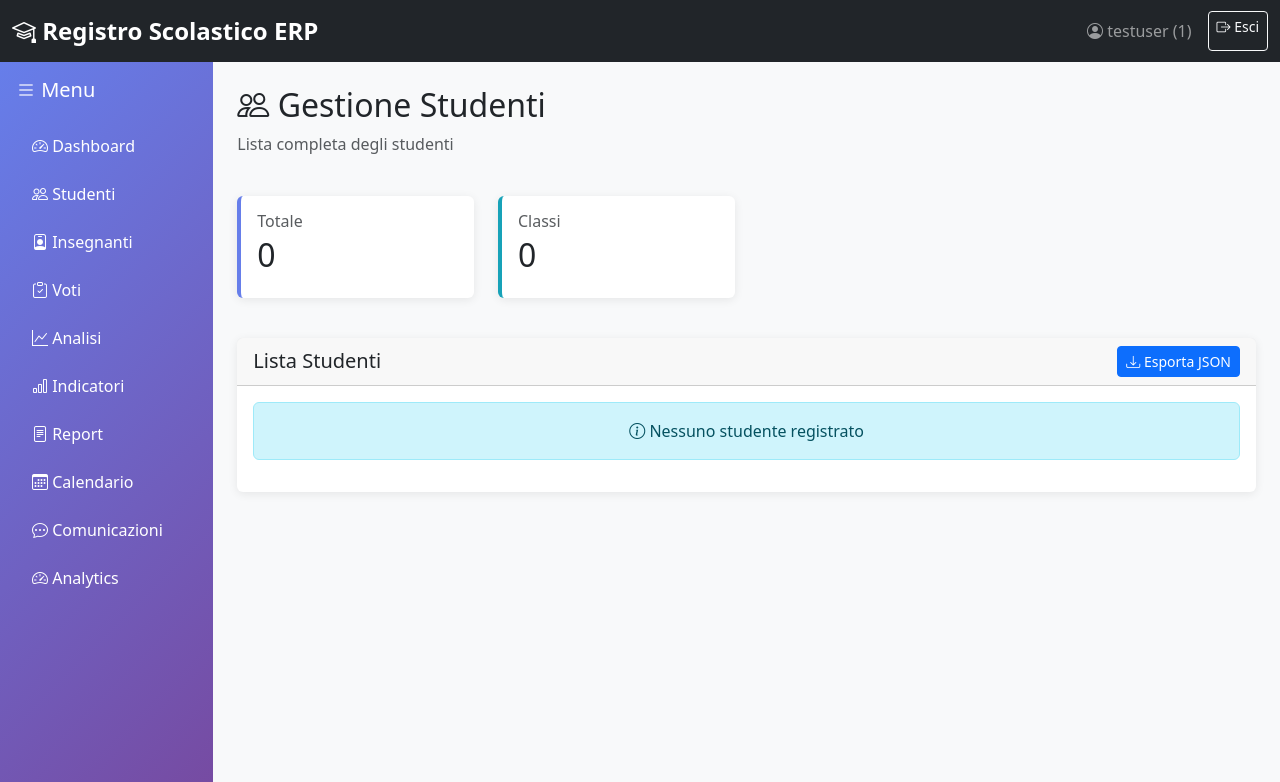
Repository: ballales1984-wq/ManagerSchool
Page: http://localhost/studenti
These files come from the project's save history. The page is drawn as it stood at one moment and after the next save; the edit follows.
The browser window is 1280 px wide. The pictures show the whole page.
The page is served by the project's application, run on Flask 3 (interfaccia_erp.py). The session is filled in as if someone had signed in: {"username": "testuser", "ruolo": 1}. Other server files are loaded and not shown.

Above is the page before, as saved 2025-10-28 20:58:47.

### templates/studenti.html
{% extends "base.html" %}

{% block title %}Studenti - Registro Scolastico ERP{% endblock %}

{% block content %}
<div class="row mb-4">
    <div class="col">
        <h2><i class="bi bi-people"></i> Gestione Studenti</h2>
        <p class="text-muted">Lista completa degli studenti</p>
    </div>
</div>

<!-- Statistiche Studenti -->
<div class="row mb-4">
    <div class="col-md-3 mb-3">
        <div class="card stat-card primary">
            <div class="card-body">
                <h6 class="text-muted mb-1">Totale</h6>
                <h2>{{ studenti|length }}</h2>
            </div>
        </div>
    </div>
    <div class="col-md-3 mb-3">
        <div class="card stat-card info">
            <div class="card-body">
                <h6 class="text-muted mb-1">Classi</h6>
                <h2>
                    {% set classi_list = [] %}
                    {% for stud in studenti %}
                        {% if stud.classe not in classi_list %}
                            {% set _ = classi_list.append(stud.classe) %}
                        {% endif %}
                    {% endfor %}
                    {{ classi_list|length }}
                </h2>
            </div>
        </div>
    </div>
</div>

<!-- Tabella Studenti -->
<div class="row">
    <div class="col">
        <div class="card">
            <div class="card-header d-flex justify-content-between align-items-center">
                <h5 class="mb-0">Lista Studenti</h5>
                <button class="btn btn-primary btn-sm" onclick="exportStudenti()">
                    <i class="bi bi-download"></i> Esporta JSON
                </button>
            </div>
            <div class="card-body">
                {% if studenti %}
                <div class="table-responsive">
                    <table class="table table-hover">
                        <thead class="table-light">
                            <tr>
                                <th>ID</th>
                                <th>Nome</th>
                                <th>Cognome</th>
                                <th>Classe</th>
                                <th>Età</th>
                                <th>Reddito</th>
                                <th>Fragilità</th>
                                <th>Salute</th>
                            </tr>
                        </thead>
                        <tbody>
                            {% for stud in studenti %}
                            <tr>
                                <td><strong>{{ stud.id }}</strong></td>
                                <td>{{ stud.nome }}</td>
                                <td>{{ stud.cognome }}</td>
                                <td><span class="badge bg-secondary">{{ stud.classe }}</span></td>
                                <td>{{ stud.eta }}</td>
                                <td>€{{ stud.reddito|int }}</td>
                                <td>
                                    {% if stud.fragilita >= 60 %}
                                        <span class="badge bg-danger">{{ "%.1f"|format(stud.fragilita) }}</span>
                                    {% elif stud.fragilita >= 30 %}
                                        <span class="badge bg-warning">{{ "%.1f"|format(stud.fragilita) }}</span>
                                    {% else %}
                                        <span class="badge bg-success">{{ "%.1f"|format(stud.fragilita) }}</span>
                                    {% endif %}
                                </td>
                                <td>{{ stud.salute }}</td>
                            </tr>
                            {% endfor %}
                        </tbody>
                    </table>
                </div>
                {% else %}
                <div class="alert alert-info text-center">
                    <i class="bi bi-info-circle"></i> Nessuno studente registrato
                </div>
                {% endif %}
            </div>
        </div>
    </div>
</div>

{% endblock %}

{% block extra_js %}
<script>
function exportStudenti() {
    fetch('/api/studenti')
        .then(res => res.json())
        .then(data => {
            const blob = new Blob([JSON.stringify(data, null, 2)], { type: 'application/json' });
            const url = URL.createObjectURL(blob);
            const a = document.createElement('a');
            a.href = url;
            a.download = 'studenti.json';
            a.click();
            URL.revokeObjectURL(url);
        });
}
</script>
{% endblock %}

### templates/base.html
<!DOCTYPE html>
<html lang="it">
<head>
    <meta charset="UTF-8">
    <meta name="viewport" content="width=device-width, initial-scale=1.0">
    <title>{% block title %}Registro Scolastico ERP{% endblock %}</title>

    <!-- Bootstrap CSS -->
    <link href="https://cdn.jsdelivr.net/npm/bootstrap@5.3.0/dist/css/bootstrap.min.css" rel="stylesheet">
    <!-- Bootstrap Icons -->
    <link rel="stylesheet" href="https://cdn.jsdelivr.net/npm/bootstrap-icons@1.11.0/font/bootstrap-icons.css">

    <style>
        .sidebar {
            min-height: 100vh;
            background: linear-gradient(135deg, #667eea 0%, #764ba2 100%);
        }
        .main-content {
            background-color: #f8f9fa;
            min-height: 100vh;
        }
        .navbar-brand {
            font-weight: 700;
            font-size: 1.5rem;
        }
        .card {
            border: none;
            box-shadow: 0 2px 10px rgba(0,0,0,0.08);
            transition: transform 0.2s;
        }
        .card:hover {
            transform: translateY(-5px);
        }
        .stat-card {
            border-left: 4px solid;
        }
        .stat-card.primary { border-left-color: #667eea; }
        .stat-card.success { border-left-color: #28a745; }
        .stat-card.warning { border-left-color: #ffc107; }
        .stat-card.danger { border-left-color: #dc3545; }
        .stat-card.info { border-left-color: #17a2b8; }
    </style>

    {% block extra_css %}{% endblock %}
</head>
<body>
    {% if session.username %}
    <!-- Navigation Bar -->
    <nav class="navbar navbar-dark bg-dark">
        <div class="container-fluid">
            <a class="navbar-brand" href="/dashboard">
                <i class="bi bi-mortarboard"></i> Registro Scolastico ERP
            </a>
            <div class="d-flex">
                <span class="navbar-text me-3">
                    <i class="bi bi-person-circle"></i> {{ session.username }} ({{ session.ruolo }})
                </span>
                <a href="/logout" class="btn btn-outline-light btn-sm">
                    <i class="bi bi-box-arrow-right"></i> Esci
                </a>
            </div>
        </div>
    </nav>

    <div class="container-fluid">
        <div class="row">
            <!-- Sidebar -->
            <div class="col-md-2 p-0">
                <div class="sidebar text-white">
                    <div class="p-3">
                        <h5 class="mb-4"><i class="bi bi-list"></i> Menu</h5>
                        <ul class="nav flex-column">
                            <li class="nav-item mb-2">
                                <a class="nav-link text-white {% if request.endpoint == 'dashboard' %}active{% endif %}" href="/dashboard">
                                    <i class="bi bi-speedometer2"></i> Dashboard
                                </a>
                            </li>
                            <li class="nav-item mb-2">
                                <a class="nav-link text-white {% if request.endpoint == 'pagina_studenti' %}active{% endif %}" href="/studenti">
                                    <i class="bi bi-people"></i> Studenti
                                </a>
                            </li>
                            <li class="nav-item mb-2">
                                <a class="nav-link text-white {% if request.endpoint == 'pagina_insegnanti' %}active{% endif %}" href="/insegnanti">
                                    <i class="bi bi-person-badge"></i> Insegnanti
                                </a>
                            </li>
                            <li class="nav-item mb-2">
                                <a class="nav-link text-white {% if request.endpoint == 'pagina_voti' %}active{% endif %}" href="/voti">
                                    <i class="bi bi-clipboard-check"></i> Voti
                                </a>
                            </li>
                            <li class="nav-item mb-2">
                                <a class="nav-link text-white {% if request.endpoint == 'pagina_analisi' %}active{% endif %}" href="/analisi">
                                    <i class="bi bi-graph-up"></i> Analisi
                                </a>
                            </li>
                            <li class="nav-item mb-2">
                                <a class="nav-link text-white {% if request.endpoint == 'pagina_indicatori' %}active{% endif %}" href="/indicatori">
                                    <i class="bi bi-bar-chart"></i> Indicatori
                                </a>
                            </li>
                            <li class="nav-item mb-2">
                                <a class="nav-link text-white {% if request.endpoint == 'pagina_report' %}active{% endif %}" href="/report">
                                    <i class="bi bi-file-text"></i> Report
                                </a>
                            </li>
                            <li class="nav-item mb-2">
                                <a class="nav-link text-white {% if request.endpoint == 'pagina_calendario' %}active{% endif %}" href="/calendario">
                                    <i class="bi bi-calendar3"></i> Calendario
                                </a>
                            </li>
                            <li class="nav-item mb-2">
                                <a class="nav-link text-white {% if request.endpoint == 'pagina_comunicazioni' %}active{% endif %}" href="/comunicazioni">
                                    <i class="bi bi-chat-dots"></i> Comunicazioni
                                </a>
                            </li>
                            <li class="nav-item mb-2">
                                <a class="nav-link text-white {% if request.endpoint == 'pagina_dashboard_dirigenza' %}active{% endif %}" href="/dashboard-dirigenza">
                                    <i class="bi bi-speedometer2"></i> Analytics
                                </a>
                            </li>
                        </ul>
                    </div>
                </div>
            </div>

            <!-- Main Content -->
            <div class="col-md-10 main-content">
                <div class="container-fluid py-4">
                    {% block content %}{% endblock %}
                </div>
            </div>
        </div>
    </div>
    {% else %}
        {% block public_content %}{% endblock %}
    {% endif %}

    <!-- Bootstrap JS -->
    <script src="https://cdn.jsdelivr.net/npm/bootstrap@5.3.0/dist/js/bootstrap.bundle.min.js"></script>
    {% block extra_js %}{% endblock %}
</body>
</html>

Loaded but not shown: interfaccia_erp.py (973 lines, source omitted); accesso.py (356 lines, source omitted)

After the next save:
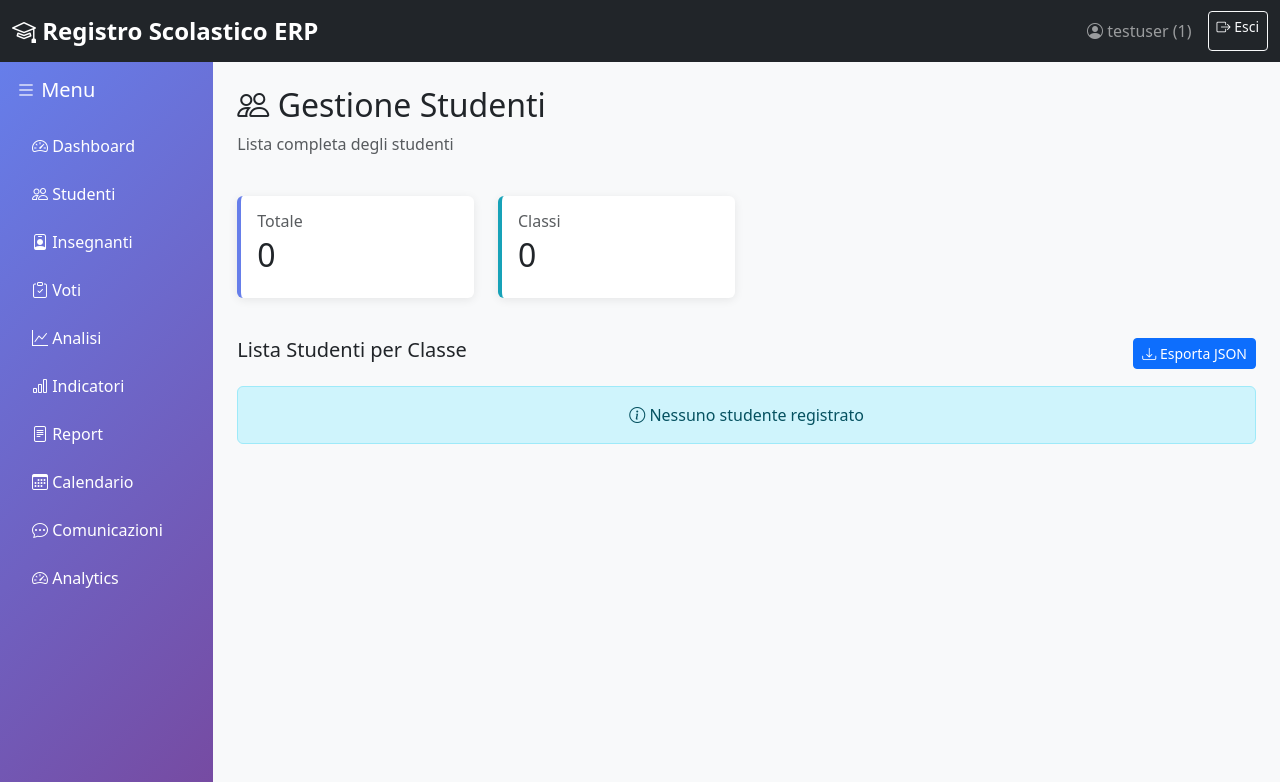
Saved 61 s later.
--- a/templates/studenti.html
+++ b/templates/studenti.html
@@ -38,63 +38,78 @@
     </div>
 </div>
 
-<!-- Tabella Studenti -->
+<!-- Raggruppa studenti per classe -->
 <div class="row">
     <div class="col">
-        <div class="card">
-            <div class="card-header d-flex justify-content-between align-items-center">
-                <h5 class="mb-0">Lista Studenti</h5>
-                <button class="btn btn-primary btn-sm" onclick="exportStudenti()">
-                    <i class="bi bi-download"></i> Esporta JSON
-                </button>
+        <div class="d-flex justify-content-between align-items-center mb-3">
+            <h5>Lista Studenti per Classe</h5>
+            <button class="btn btn-primary btn-sm" onclick="exportStudenti()">
+                <i class="bi bi-download"></i> Esporta JSON
+            </button>
+        </div>
+
+        {% if studenti %}
+            {% set classi_dict = {} %}
+            {% for stud in studenti %}
+                {% if stud.classe not in classi_dict %}
+                    {% set _ = classi_dict.update({stud.classe: []}) %}
+                {% endif %}
+                {% set _ = classi_dict[stud.classe].append(stud) %}
+            {% endfor %}
+
+            {% for classe in classi_dict|sort %}
+            <div class="card mb-4">
+                <div class="card-header bg-primary text-white">
+                    <h5 class="mb-0">
+                        <i class="bi bi-book"></i> Classe {{ classe }}
+                        <span class="badge bg-light text-dark ms-2">{{ classi_dict[classe]|length }} studenti</span>
+                    </h5>
+                </div>
+                <div class="card-body">
+                    <div class="table-responsive">
+                        <table class="table table-hover table-sm">
+                            <thead class="table-light">
+                                <tr>
+                                    <th>ID</th>
+                                    <th>Nome</th>
+                                    <th>Cognome</th>
+                                    <th>Età</th>
+                                    <th>Reddito</th>
+                                    <th>Fragilità</th>
+                                    <th>Salute</th>
+                                </tr>
+                            </thead>
+                            <tbody>
+                                {% for stud in classi_dict[classe] %}
+                                <tr>
+                                    <td><strong>{{ stud.id }}</strong></td>
+                                    <td>{{ stud.nome }}</td>
+                                    <td>{{ stud.cognome }}</td>
+                                    <td>{{ stud.eta }}</td>
+                                    <td>€{{ stud.reddito|int }}</td>
+                                    <td>
+                                        {% if stud.fragilita >= 60 %}
+                                            <span class="badge bg-danger">{{ "%.1f"|format(stud.fragilita) }}</span>
+                                        {% elif stud.fragilita >= 30 %}
+                                            <span class="badge bg-warning">{{ "%.1f"|format(stud.fragilita) }}</span>
+                                        {% else %}
+                                            <span class="badge bg-success">{{ "%.1f"|format(stud.fragilita) }}</span>
+                                        {% endif %}
+                                    </td>
+                                    <td>{{ stud.salute }}</td>
+                                </tr>
+                                {% endfor %}
+                            </tbody>
+                        </table>
+                    </div>
+                </div>
             </div>
-            <div class="card-body">
-                {% if studenti %}
-                <div class="table-responsive">
-                    <table class="table table-hover">
-                        <thead class="table-light">
-                            <tr>
-                                <th>ID</th>
-                                <th>Nome</th>
-                                <th>Cognome</th>
-                                <th>Classe</th>
-                                <th>Età</th>
-                                <th>Reddito</th>
-                                <th>Fragilità</th>
-                                <th>Salute</th>
-                            </tr>
-                        </thead>
-                        <tbody>
-                            {% for stud in studenti %}
-                            <tr>
-                                <td><strong>{{ stud.id }}</strong></td>
-                                <td>{{ stud.nome }}</td>
-                                <td>{{ stud.cognome }}</td>
-                                <td><span class="badge bg-secondary">{{ stud.classe }}</span></td>
-                                <td>{{ stud.eta }}</td>
-                                <td>€{{ stud.reddito|int }}</td>
-                                <td>
-                                    {% if stud.fragilita >= 60 %}
-                                        <span class="badge bg-danger">{{ "%.1f"|format(stud.fragilita) }}</span>
-                                    {% elif stud.fragilita >= 30 %}
-                                        <span class="badge bg-warning">{{ "%.1f"|format(stud.fragilita) }}</span>
-                                    {% else %}
-                                        <span class="badge bg-success">{{ "%.1f"|format(stud.fragilita) }}</span>
-                                    {% endif %}
-                                </td>
-                                <td>{{ stud.salute }}</td>
-                            </tr>
-                            {% endfor %}
-                        </tbody>
-                    </table>
-                </div>
-                {% else %}
-                <div class="alert alert-info text-center">
-                    <i class="bi bi-info-circle"></i> Nessuno studente registrato
-                </div>
-                {% endif %}
-            </div>
+            {% endfor %}
+        {% else %}
+        <div class="alert alert-info text-center">
+            <i class="bi bi-info-circle"></i> Nessuno studente registrato
         </div>
+        {% endif %}
     </div>
 </div>
 
